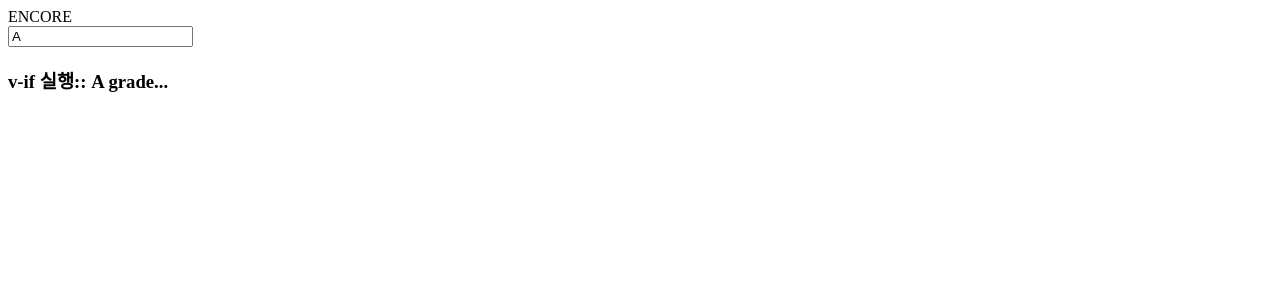
Repository: Migorithm/front_work
Page: front09_VUE/src/main/webapp/03_event/vue02_condition.html
An editor plug-in stored every save of this project. The page is shown before and after the next save, followed by the edit.
The browser window is 1280 px wide. The pictures show the whole page.

Above is the page before, as saved 2021-09-10 00:56:42.

### front09_VUE/src/main/webapp/03_event/vue02_condition.html
<!DOCTYPE html>
<html>
<head>
<meta charset="UTF-8">
<title>v-if | v-else-if | v-else </title>

<meta name="viewport" content="width=device-width, initial-scale=1.0">
<script src="https://cdn.jsdelivr.net/npm/vue/dist/vue.js"></script>
<style type="text/css"></style>
</head>



<body>
<div id="app">
	<div v-html="title"></div>
	<input type="text" v-model="grade">
	<div v-if="grade=='A'"><h3>v-if 실행:: A grade... </h3></div>
	<div v-else-if="grade=='B'"><h3>v-else-if 실행:: B grade... </h3></div>
	<div v-else><h3>v-else 실행:: Try Again</h3></div>
</div>

</body>
<script>
	var app =new Vue({
		el:"#app",
		data:{
			title:"ENCORE",
			grade:"A"
		}

	})

</script>

</html>

After the next save:
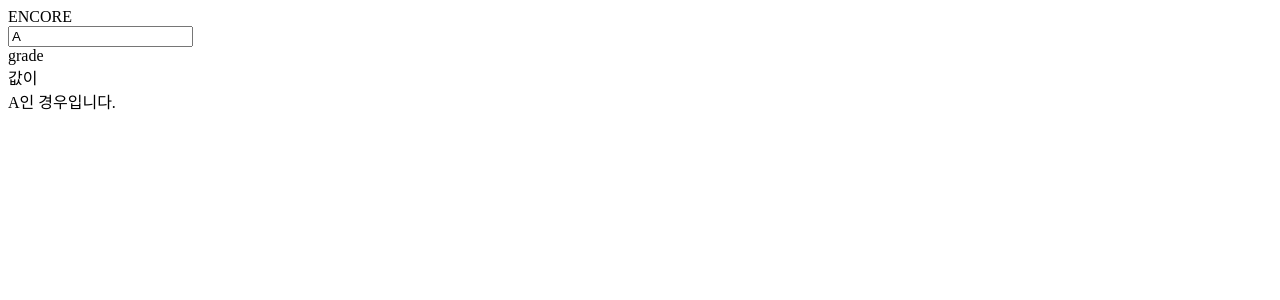
Saved 5 min 33 s later.
--- a/front09_VUE/src/main/webapp/03_event/vue02_condition.html
+++ b/front09_VUE/src/main/webapp/03_event/vue02_condition.html
@@ -9,15 +9,20 @@
 <style type="text/css"></style>
 </head>
 
-
-
 <body>
 <div id="app">
 	<div v-html="title"></div>
 	<input type="text" v-model="grade">
-	<div v-if="grade=='A'"><h3>v-if 실행:: A grade... </h3></div>
-	<div v-else-if="grade=='B'"><h3>v-else-if 실행:: B grade... </h3></div>
-	<div v-else><h3>v-else 실행:: Try Again</h3></div>
+	<template v-if="grade=='A'">
+		<div>grade</div>
+		<div>값이</div>
+		<div>A인 경우입니다.</div>
+	</template>
+	<template v-else>
+		<div>grade</div>
+		<div>값이</div>
+		<div>A이 아닌 경우입니다.</div>
+	</template>
 </div>
 
 </body>
